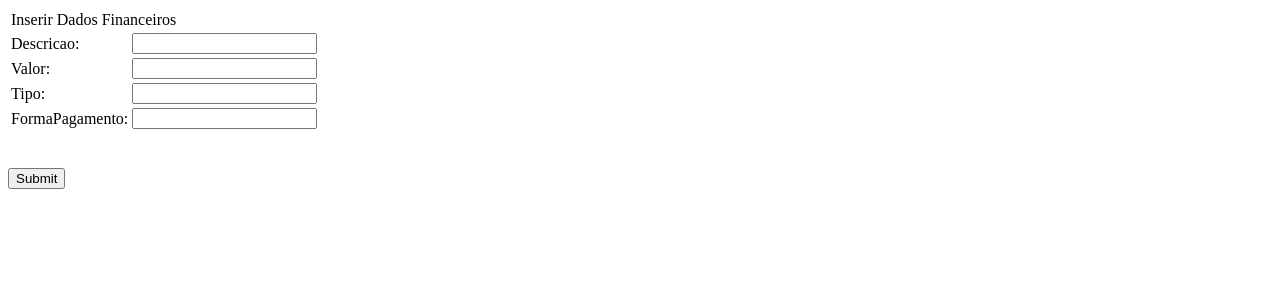
Repository: TadeuN1/PersonalProject-mySQL-eclipseIDE
Page: Movimentacoes/src/main/webapp/InfoMovimentacoes.html
These files come from the project's save history. The page is drawn as it stood at one moment and after the next save; the edit follows.
The browser window is 1280 px wide. The pictures show the whole page.

Above is the page before, as saved 2023-06-29 02:13:44.

After the next save:
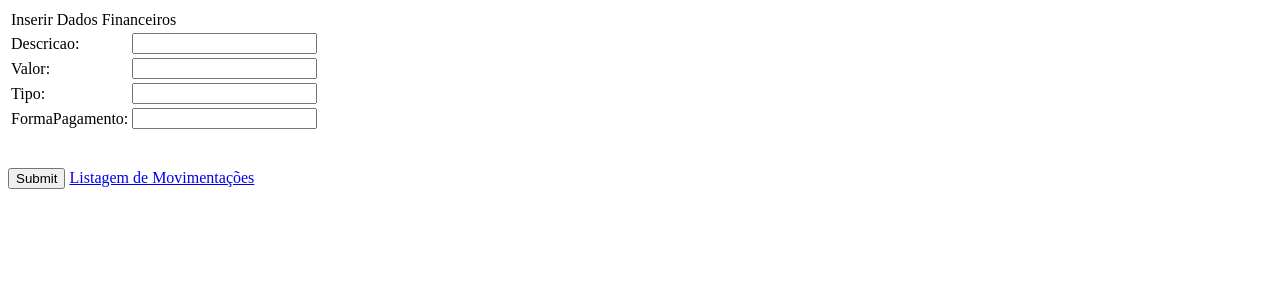
Saved 2 min 12 s later.
--- a/Movimentacoes/src/main/webapp/InfoMovimentacoes.html
+++ b/Movimentacoes/src/main/webapp/InfoMovimentacoes.html
@@ -29,6 +29,9 @@
 		</table>
 		<br><br>
 		<input type="Submit" name="Gravar">
+
+		<a href="/Movimentacoes">Listagem de Movimentações</a>
+
 		</form>
 	</body>
 </html>
